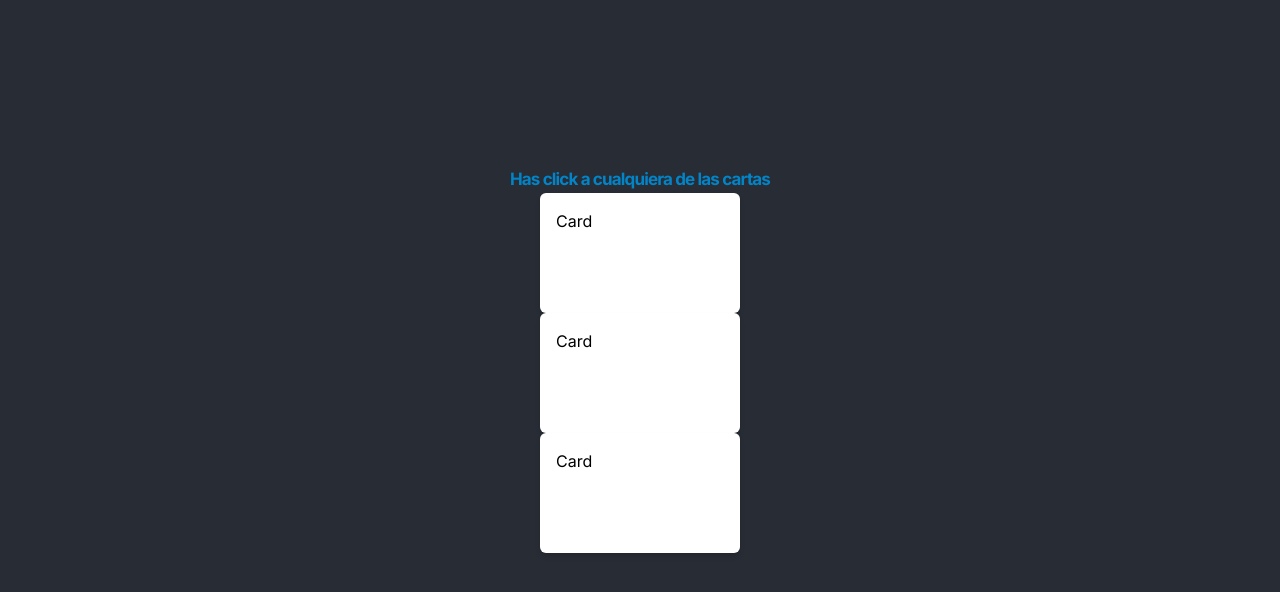
Repository: devsecops-node/simple-play
Page: /recomendations
The author's editor kept a copy of each file at every save. The page is drawn from the files as they stood at one save, then again after the next save.
The browser window is 1280 px wide. The pictures show the whole page.
The project was rebuilt for these pictures with package versions that can differ from the ones it lists, and the page was loaded fresh each time. The framework's server and built-in components were replaced by stand-ins that run in the browser. Also part of the build but not shown: next.config.mjs.

Above is the page before, as saved 2024-06-21 17:33:31.

After the next save:
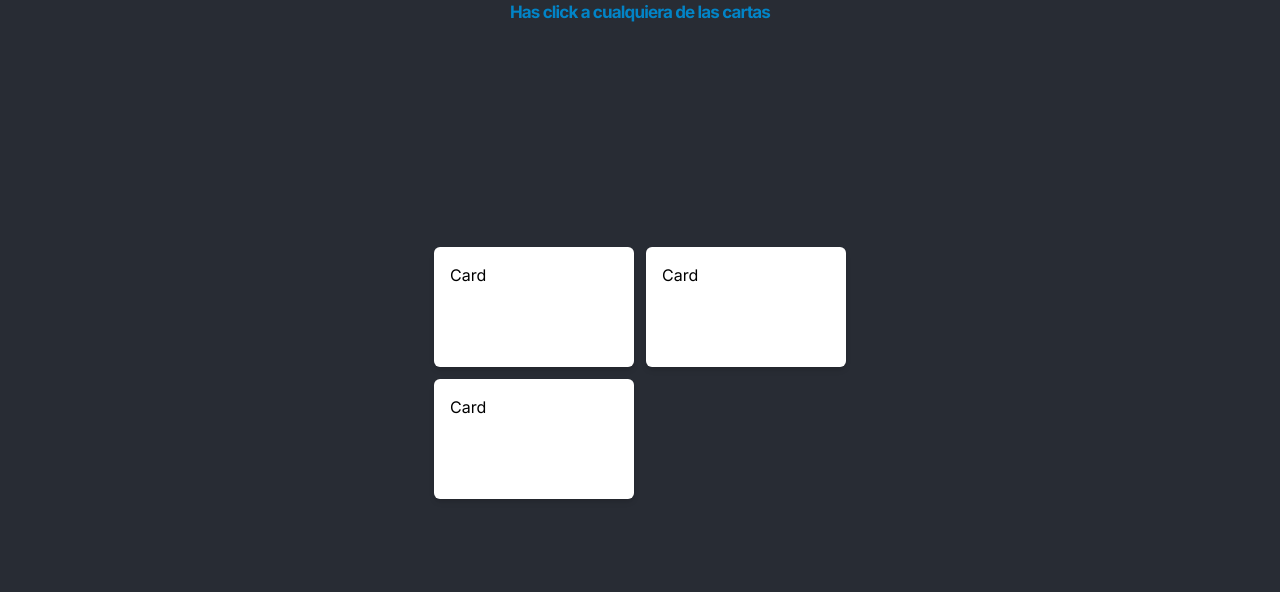
Saved 39 s later.
--- a/src/app/recomendations/page.tsx
+++ b/src/app/recomendations/page.tsx
@@ -17,7 +17,7 @@ const page = () => {
   return (
     <Container>
       <h1 className='tracking-tighter text-sky-600 font-bold text-[17px]'>Has click a cualquiera de las cartas</h1>
-      <div className="">
+      <div className={styles.container}>
         <div className={styles.cards}>
           {recom.map((dat) => (
             <Card key={dat.id} />
